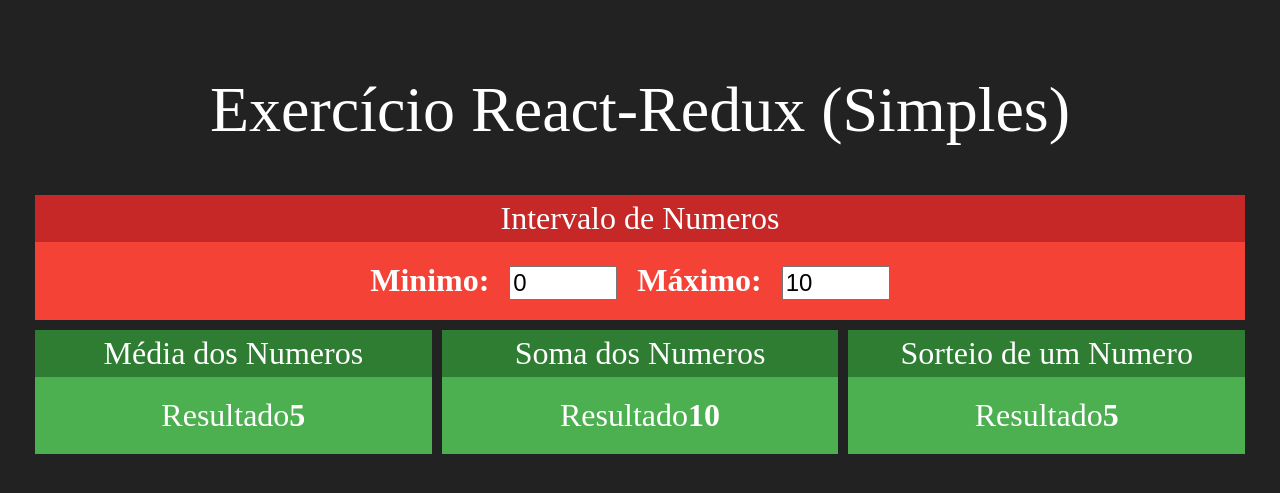
Repository: eversonps/redux-simples
Page: /
These files come from the project's save history. The page is drawn as it stood at one moment and after the next save; the edit follows.
The browser window is 1280 px wide. The pictures show the whole page.
The project was rebuilt for these pictures with package versions that can differ from the ones it lists, and the page was loaded fresh each time.

Above is the page before, as saved 2022-03-11 13:10:12.

### src/index.css
body{
  background-color: #222;
  font-size: 2rem;
  color: #fff;
  margin: 30px;
}

### src/App.js
import './App.css';

import Intervalo from './components/Intervalo';
import Soma from './components/Soma';
import Sorteio from './components/Sorteio';
import Media from './components/Media';

function App() {
  return (
    <div className="App">
      <h1>Exercício React-Redux (Simples)</h1>
      <div className='linha'>
        <Intervalo title="Card 1" red>X</Intervalo>
      </div>
      <div className='linha'>
        <Media></Media>
        <Soma></Soma>
        <Sorteio></Sorteio>
      </div>
    </div>
  );
}

export default App;

### src/App.css
.App{
  display: flex;
  flex-direction: column;
  text-align: center;
}

h1{
  font-weight: 200;
}

.linha{
  display: flex;
}

### src/components/Intervalo.jsx
import "./Intervalo.css"
import React from "react"
import Card from "./Card"

export default props => {
    return (
        <Card title="Intervalo de Numeros" red>
            <div className="Intervalo">
                <span>
                    <strong>Minimo:</strong>
                    <input type="number" value={0} readOnly/>
                </span>

                <span>
                    <strong>Máximo:</strong>
                    <input type="number" value={10} readOnly/>
                </span>
            </div>
        </Card>
    )
}

### src/components/Soma.jsx
import React from "react"
import Card from "./Card"

export default props => {
    return (
        <Card title="Soma dos Numeros" green>
            <div>
                <span>
                    <span>Resultado</span>
                    <strong>10</strong>
                </span>
            </div>
        </Card>
    )
}

### src/components/Sorteio.jsx
import React from "react"
import Card from "./Card"

export default props => {
    return (
        <Card title="Sorteio de um Numero" green>
            <div>
                <span>
                    <span>Resultado</span>
                    <strong>5</strong>
                </span>
            </div>
        </Card>
    )
}

### src/components/Media.jsx
import React from "react"
import Card from "./Card"

export default props => {
    return (
        <Card title="Média dos Numeros" green>
            <div>
                <span>
                    <span>Resultado</span>
                    <strong>5</strong>
                </span>
            </div>
        </Card>
    )
}

### src/components/Intervalo.css
.Intervalo input {
    font-size: 1.5rem;
    margin: 0 20px;
    width: 100px;
}

### src/components/Card.jsx
import "./Card.css"
import React from "react"

function getColor(props){
    if(props.red) return "Red"
    if(props.green) return "Green"
    if(props.blue) return "Blue"
    if(props.purple) return "Purple"
    return ""
}

export default props => (
    <div className={`Card ${getColor(props)}`}>
        <div className="Header">
            <span className="Title">{props.title}</span>
        </div>
        <div className="Content">
            {props.children}
        </div>
    </div>
)

### src/components/Card.css
.Card{
    flex: 1;
    display: flex;
    flex-direction: column;
    margin: 5px;
}

.Card .Header{
    display: flex;
    justify-content: center;
}

.Card .Header .Title{
    flex: 1;
    padding: 5px;
}

.Card .Content{
    padding: 20px;
}

.Card.Red .Header{ color: #FFF; background-color: #c62828;}
.Card.Red .Content{background-color: #f44336;}

.Card.Green .Header{ color: #FFF; background-color: #2e7d32;}
.Card.Green .Content{background-color: #4caf50;}

.Card.Blue .Header{ color: #FFF; background-color: #1565c0;}
.Card.Blue .Content{background-color: #2196f3;}

.Card.Purple .Header{ color: #FFF; background-color: purple;}
.Card.Purple .Content{background-color: #9c27b0;}

Loaded but not shown: public/index.html (common file); src/index.js (common file); src/reportWebVitals.js (common file)

After the next save:
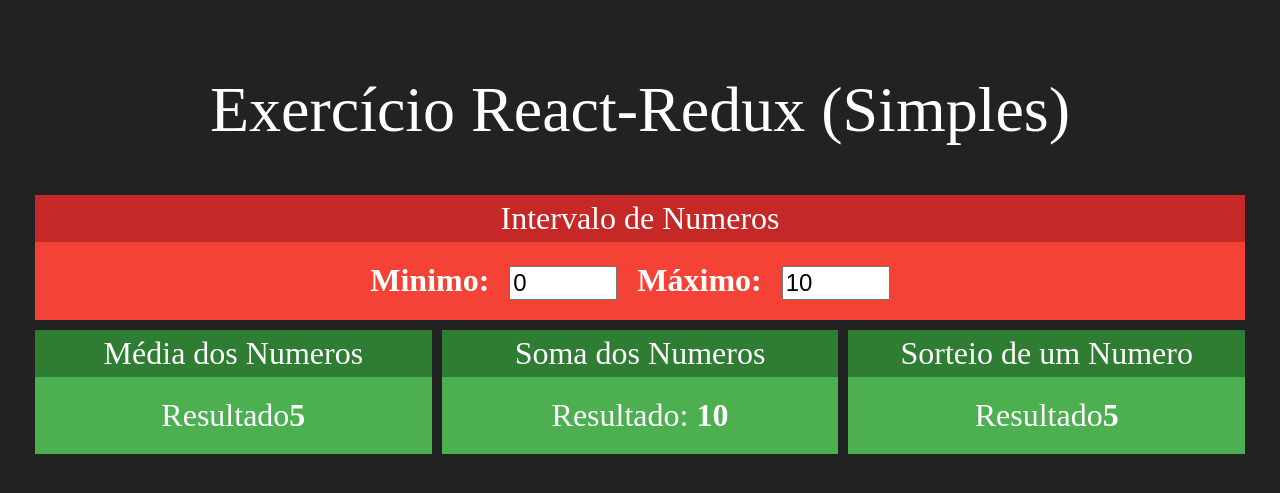
Saved 32 s later.
--- a/src/components/Soma.jsx
+++ b/src/components/Soma.jsx
@@ -6,7 +6,7 @@ export default props => {
         <Card title="Soma dos Numeros" green>
             <div>
                 <span>
-                    <span>Resultado</span>
+                    <span>Resultado: </span>
                     <strong>10</strong>
                 </span>
             </div>
